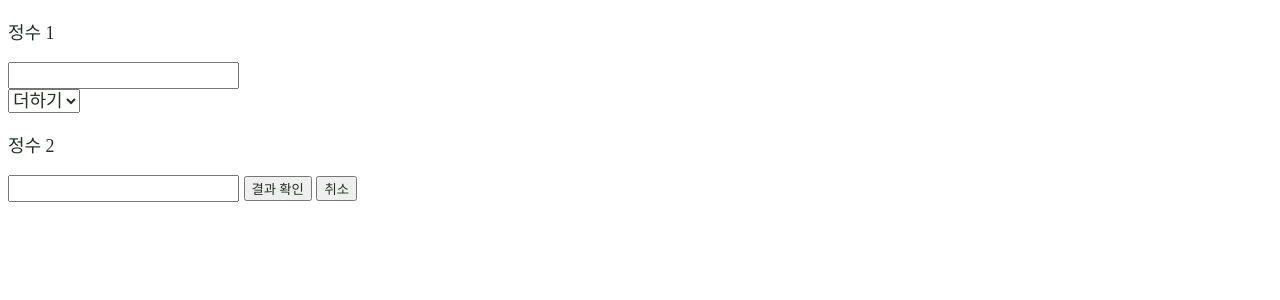
Repository: god5228god/Jsp
Page: WebApp06/WebContent/Send03.html
These files come from the project's save history. The page is drawn as it stood at one moment and after the next save; the edit follows.
The browser window is 1280 px wide. The pictures show the whole page.

Above is the page before, as saved 2026-03-03 00:27:43.

### WebApp06/WebContent/Send03.html
<!DOCTYPE html>
<html>
<head>
<meta charset="UTF-8">
<title>Send02.html</title>
<link rel="stylesheet" type="text/css" href="css/main.css" />
</head>
<body>
<!--
	○ 데이터 송수신 실습

		사용자로부터 임의의 정수 2개와 연산자를 입력받아
		해당 연산 처리 결과를 출력하는 프로그램을 구현한다.

		- 결과 확인 버튼 클릭 시
		입력하신 25과(와) 13의 연산 결과는 38입니다.
		라는 내용을 출력하는 JSP 페이지를 전달할 수 있도록 한다.

		- 사용자 최초 요청 주소
		http://localhost:3306/WebApp06/Send03.html

	- 물리적 파일 구성
	 · Send03.html
	 · Receive03.jsp

		페이지 레이아웃
		-----------------------------------------------------

		정수 1[	textbox ]

		[	더하기 	▼  ]	→ select
			 빼기
			곱하기
			나누기

		정수 2[	textbox ]

		<결과 확인> <취소>	→ button

		-----------------------------------------------------

  -->
</body>
<div>
	<form action="Receive03.jsp" method="get">
	<p>정수 1</p>
	<input type="text" name="int01" />
	<br>
	<select name="operator" id="op">
		<option>더하기</option>
		<option>빼기</option>
		<option>곱하기</option>
		<option>나누기</option>
	</select>
	<p>정수 2</p>
	<input type="text" name="int02"/>
	<button type="submit">결과 확인</button>
	<button type="reset">취소</button>
	</form>
</div>
</html>

### WebApp06/WebContent/css/main.css
@charset "UTF-8";

*
{
	color: #223322;
	font-family: 나눔고딕코딩;
}

body, p, div, span, input, table, th, td, select
{
	font-size: 18px;
}

.control
{
	border: 1px solid gray;
	border-radius: 3px ;
}

.table
{
	border-collapse: collapse;
	width: 100%;
}

.table th, .table td
{
	border: 1px solid gray;
	border-left: 0;
	border-right: 0;
	padding: 3px;
	line-height: 150%;
}

.table th
{
	font-weight: bold;
	background-color: #eee;
}

.btn
{
	font-weight: bold;
	font-family: 맑은 고딕;

}

.btn:hover
{
	color: #fff;
	background-color: #778877;
}
input[type="text"]:focus
{
	background-color: #dcfccf;
}

After the next save:
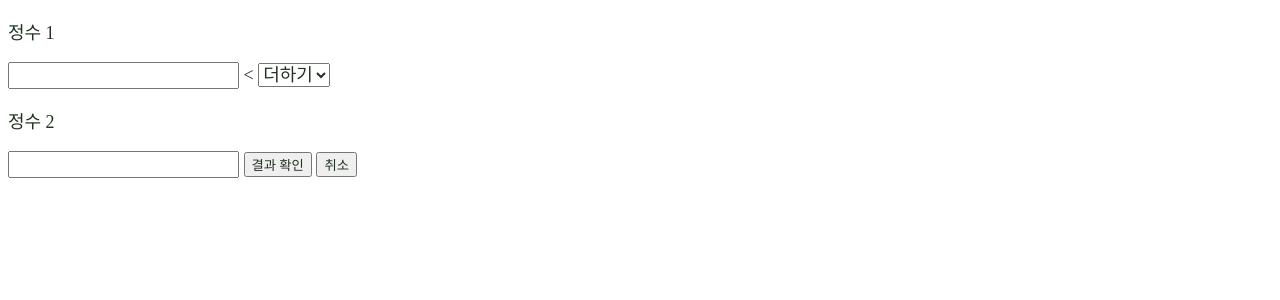
Saved 8 s later.
--- a/WebApp06/WebContent/Send03.html
+++ b/WebApp06/WebContent/Send03.html
@@ -45,7 +45,7 @@
 	<form action="Receive03.jsp" method="get">
 	<p>정수 1</p>
 	<input type="text" name="int01" />
-	<br>
+	<
 	<select name="operator" id="op">
 		<option>더하기</option>
 		<option>빼기</option>

After the save that followed:
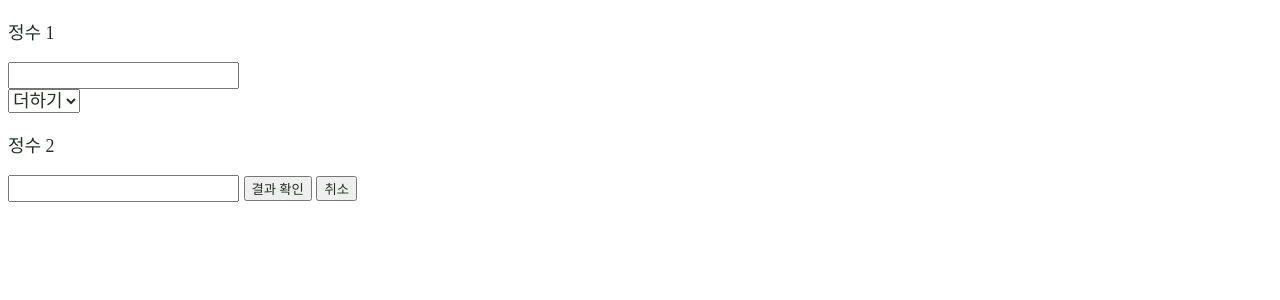
Saved 5 s later.
--- a/WebApp06/WebContent/Send03.html
+++ b/WebApp06/WebContent/Send03.html
@@ -45,7 +45,7 @@
 	<form action="Receive03.jsp" method="get">
 	<p>정수 1</p>
 	<input type="text" name="int01" />
-	<
+	<br>
 	<select name="operator" id="op">
 		<option>더하기</option>
 		<option>빼기</option>
